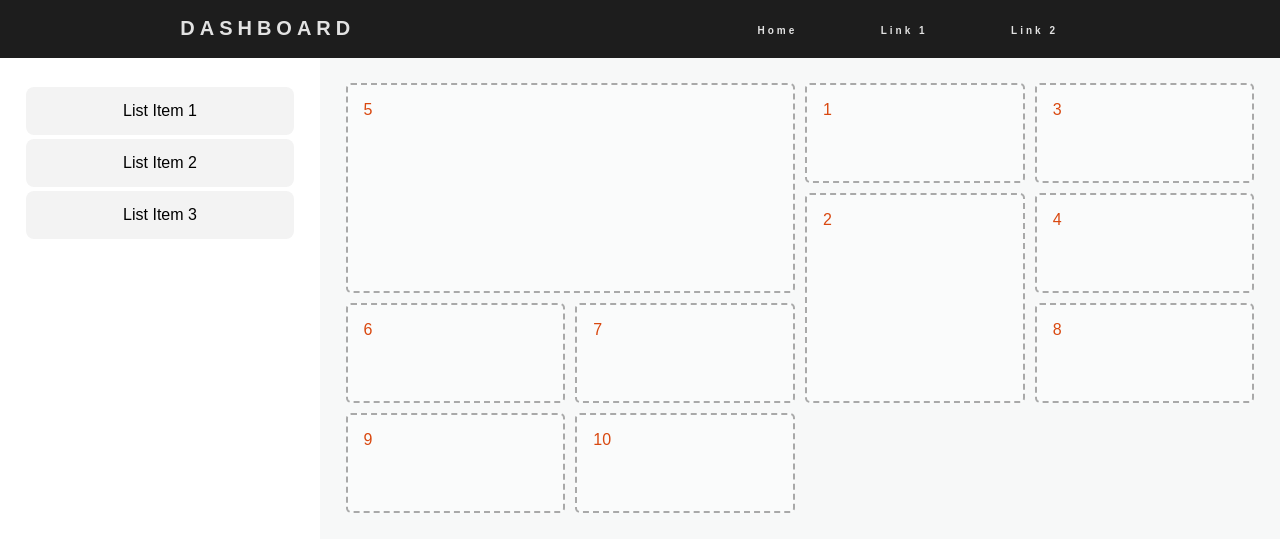
Repository: nourabdelhakam/drag-drop
Page: index.html
These files come from the project's save history. The page is drawn as it stood at one moment and after the next save; the edit follows.
The browser window is 1280 px wide. The pictures show the whole page.

Above is the page before, as saved 2020-07-03 11:18:31.

After the next save:
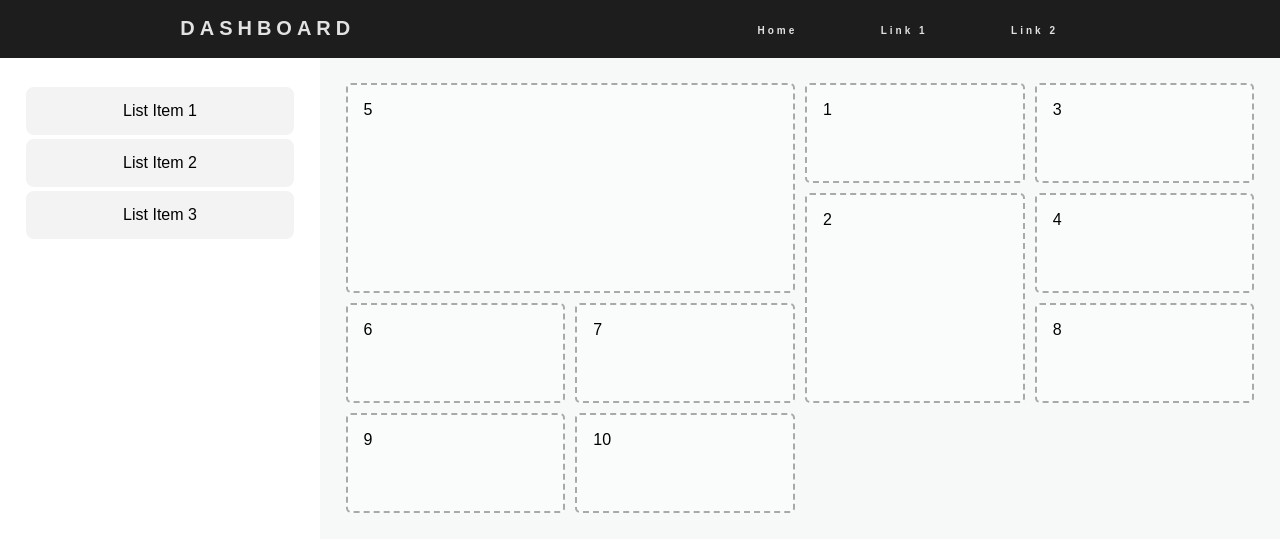
Saved 16 s later.
--- a/css/main.css
+++ b/css/main.css
@@ -64,7 +64,6 @@ body {
     border-radius: 5px;
     background-color: #FAFBFB;
     padding: 1em;
-    color: #d9480f;
 }
 .wrapper {
   display: grid;
